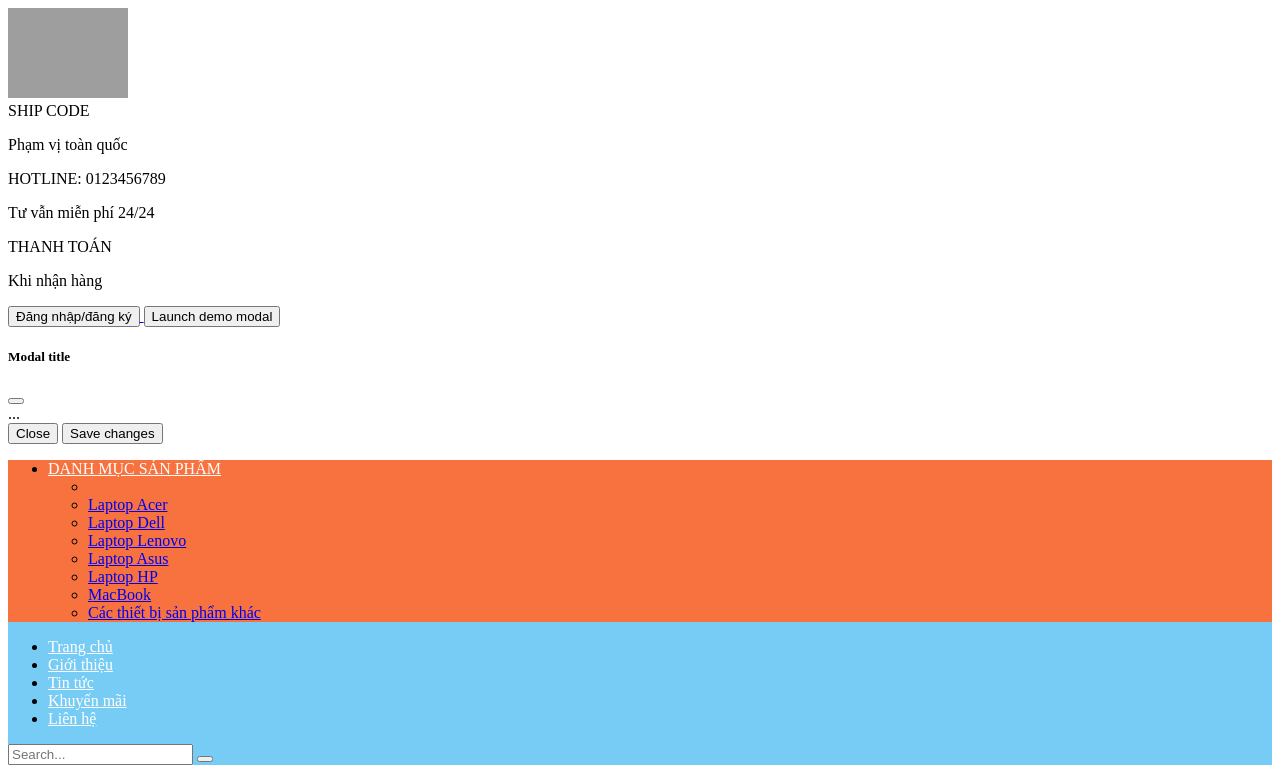
Repository: dhuNn103/DA
Page: http://localhost/CPT/all/homeHeader.jsp
These files come from the project's save history. The page is drawn as it stood at one moment and after the next save; the edit follows.
The browser window is 1280 px wide. The pictures show the whole page.
Pictures or frames that could not be fetched are drawn as grey boxes. The page is served by Tomcat 9. Other server files are loaded and not shown.

Above is the page before, as saved 2024-05-25 02:17:40.

### workspace/CPT/src/main/webapp/all/homeHeader.jsp
<%@ page language="java" contentType="text/html; charset=UTF-8"
	pageEncoding="UTF-8"%>
<%@ taglib prefix="c" uri="http://java.sun.com/jsp/jstl/core"%>
<!DOCTYPE html>
<html>
<head>
<meta charset="UTF-8">
<title>Insert title here</title>
<style type="text/css">
.ctr-cl {
	background-color: #76ccf5;
}

.nv-cl {
	background-color: #f7723e;
}

.tl {
	color: white;
}

.sea:hover {
	background-color: #f7723e;
}

.active {
	background-color: #f7723e;
}
</style>
</head>
<body>
	<section class="header">
		<div class="container">
			<div class="row px-5">
				<div class="col-md-2" id="logo">
					<a href="index.jsp"> <img src="img/Logo1.png"
						style="width: 120px; height: 90px">
					</a>
				</div>
				<div class="col-md-7">
					<div class="row py-3">
						<div class="col-md-4">
							<div class="row text-danger">
								<div class="col-2 fs-3 p-1">
									<i class="fa-solid fa-truck"></i>
								</div>
								<div class="col-10">
									SHIP CODE
									<p class="text-dark">Phạm vị toàn quốc</p>
								</div>
							</div>
						</div>
						<div class="col-md-5">
							<div class="row text-danger">
								<div class="col-2 fs-3 p-1">
									<i class="fa-solid fa-phone-volume"></i>
								</div>
								<div class="col-10">
									HOTLINE: 0123456789
									<p class="text-dark">Tư vẫn miễn phí 24/24</p>
								</div>
							</div>
						</div>
						<div class="col-md-3">
							<div class="row text-danger">
								<div class="col-2 fs-3 p-1">
									<i class="fa-solid fa-hand-holding-dollar"></i>
								</div>
								<div class="col-10">
									THANH TOÁN
									<p class="text-dark">Khi nhận hàng</p>
								</div>
							</div>
						</div>
					</div>
				</div>
				<div class="col-md-3">
					<div class="row py-3">
						<div class="col-md-8">
							<div class="my-2">
								<%
								String loggedInUser = (String) session.getAttribute("emls");
								%>
								<%
								if (loggedInUser == null) {
								%>
								<a href="login.jsp">
									<button class="btn btn-primary">Đăng nhập/đăng ký</button>
								</a>
								<%
								} else {
								%>
								<p>
								<form action="LogoutServlet" method="post">
									<button type="submit" class="btn btn-primary text-white ms-4">Đăng
										xuất</button>
								</form>
								Hi,
								<%=session.getAttribute("emls")%>
								<%
								}
								%>
								<button type="button" class="btn btn-primary"
									data-bs-toggle="modal" data-bs-target="#exampleModal">
									Launch demo modal</button>

								<div class="modal fade" id="exampleModal" tabindex="-1"
									aria-labelledby="exampleModalLabel" aria-hidden="true">
									<div class="modal-dialog">
										<div class="modal-content">
											<div class="modal-header">
												<h5 class="modal-title" id="exampleModalLabel">Modal
													title</h5>
												<button type="button" class="btn-close"
													data-bs-dismiss="modal" aria-label="Close"></button>
											</div>
											<div class="modal-body">...</div>
											<div class="modal-footer">
												<button type="button" class="btn btn-secondary"
													data-bs-dismiss="modal">Close</button>
												<button type="button" class="btn btn-primary">Save
													changes</button>
											</div>
										</div>
									</div>
								</div>

							</div>
						</div>
						<div class="col-md-2">
							<div class="row">
								<div class="fs-3 p-1">
									<a href="giohang"> <i
										class="fa-solid fa-cart-shopping text-dark"></i>
									</a>
								</div>
							</div>
						</div>
						<div class="col-md-2">
							<div class="row">
								<div class="fs-3 p-1">
									<a href="#"> <i class="fa-solid fa-bell text-dark"></i>
									</a>
								</div>
							</div>
						</div>
					</div>
				</div>
			</div>
		</div>
		<div class="container-fluid ctr-cl">
			<div class="container ctr-cl">
				<div class="row px-5 fs-5">
					<div class="col-md-3">
						<nav class="navbar navbar-expand-sm nv-cl">
							<ul class="navbar-nav ">
								<li class="nav-item dropdown px-1"><a
									class="nav-link dropdown-toggle tl"
									data-bs-auto-close="outside" href="#" id="navbarDropdown"
									data-bs-toggle="dropdown" aria-expanded="false"> <i
										class="fa-solid fa-bars"></i> DANH MỤC SẢN PHẨM
								</a>
									<ul class="dropdown-menu mt-3 fs-5">
										<li class="dropend">
											<!-- 										<a --> <!-- 											class="dropdown-item dropdown-toggle" -->
											<!-- 											data-bs-toggle="dropdown" href="#">Laptop</a> 											<ul class="dropdown-menu  mt-4 fs-5"> -->
											<!-- 												<li><a class="dropdown-item " href="lapacer.jsp">Thương -->
											<!-- 														hiệu Acer</a></li> --> <!-- 												<li><a class="dropdown-item " href="lapdell.jsp">Thương -->
											<!-- 														hiệu Dell</a></li> --> <!-- 												<li><a class="dropdown-item " href="laplenovo.jsp">Thương -->
											<!-- 														hiệu Lenovo</a></li> --> <!-- 												<li><a class="dropdown-item " href="lapasus.jsp">Thương -->
											<!-- 														hiệu Asus</a></li> --> <!-- 												<li><a class="dropdown-item " href="lapapple.jsp">Thương -->
											<!-- 														hiệu Apple</a></li> --> <!-- 												<li><a class="dropdown-item " href="laphp.jsp">Thương -->
											<!-- 														hiệu Hp</a></li> --> <!-- 											</ul>-->
										</li>
										<li><a class="dropdown-item " href="lapAcer.jsp">Laptop
												Acer</a></li>
										<li><a class="dropdown-item " href="lapDell.jsp">Laptop
												Dell</a></li>
										<li><a class="dropdown-item " href="lapLenovo.jsp">Laptop
												Lenovo</a></li>
										<li><a class="dropdown-item " href="lapAsus.jsp">Laptop
												Asus</a></li>
										<li><a class="dropdown-item " href="lapHP.jsp">Laptop
												HP</a></li>
										<li><a class="dropdown-item " href="macBook.jsp">MacBook
										</a></li>
										<li><a class="dropdown-item " href="sanphamkhac.jsp">Các
												thiết bị sản phẩm khác</a></li>
									</ul></li>
							</ul>
						</nav>
					</div>
					<div class="col-md-6 ">
						<nav class="navbar navbar-expand-sm">
							<ul class="navbar-nav mx-2 ">
								<li class="nav-item mx-2 "><a class="nav-link tl"
									href="index.jsp">Trang chủ</a></li>
								<li class="nav-item mx-2"><a class="nav-link tl"
									href="trangGioiThieu.jsp">Giới thiệu</a></li>
								<li class="nav-item mx-2"><a class="nav-link tl"
									href="trangTinTuc.jsp">Tin tức</a></li>
								<li class="nav-item mx-2"><a class="nav-link tl"
									href="trangKhuyenMai.jsp">Khuyến mãi</a></li>
								<li class="nav-item mx-2"><a class="nav-link tl"
									href="trangLienHe.jsp">Liên hệ</a></li>
							</ul>
						</nav>
					</div>
					<div class="col-md-3 pt-1">
						<nav class="navbar navbar-expand-sm justify-content-end"
							role="navigation">
							<form action="search_results.html" method="get" class="d-flex">
								<input value="" type="text" name="txt" class="form-control me-2"
									placeholder="Search..." aria-label="Search">
								<button class="btn btn-light sea" type="submit"
									aria-label="Submit search">
									<i class="fa-solid fa-magnifying-glass"></i>
								</button>
							</form>
						</nav>
					</div>
				</div>
			</div>
		</div>
	</section>
</body>
</html>

After the next save:
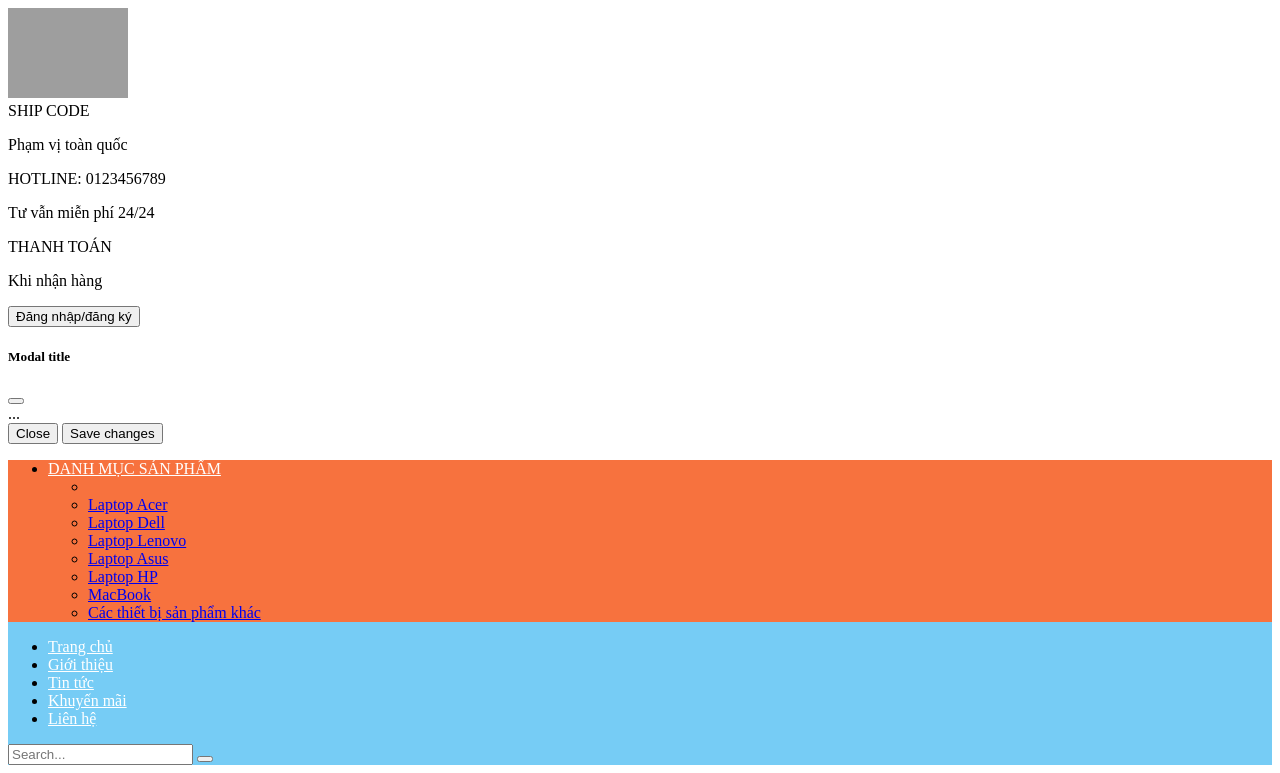
Saved 2 min 18 s later.
--- a/workspace/CPT/src/main/webapp/all/homeHeader.jsp
+++ b/workspace/CPT/src/main/webapp/all/homeHeader.jsp
@@ -92,7 +92,7 @@
 								%>
 								<p>
 								<form action="LogoutServlet" method="post">
-									<button type="submit" class="btn btn-primary text-white ms-4">Đăng
+									<button type="submit" class="btn btn-primary text-white ms-4" data-bs-toggle="modal" data-bs-target="#exampleModal">Đăng
 										xuất</button>
 								</form>
 								Hi,
@@ -100,9 +100,6 @@
 								<%
 								}
 								%>
-								<button type="button" class="btn btn-primary"
-									data-bs-toggle="modal" data-bs-target="#exampleModal">
-									Launch demo modal</button>
 
 								<div class="modal fade" id="exampleModal" tabindex="-1"
 									aria-labelledby="exampleModalLabel" aria-hidden="true">
